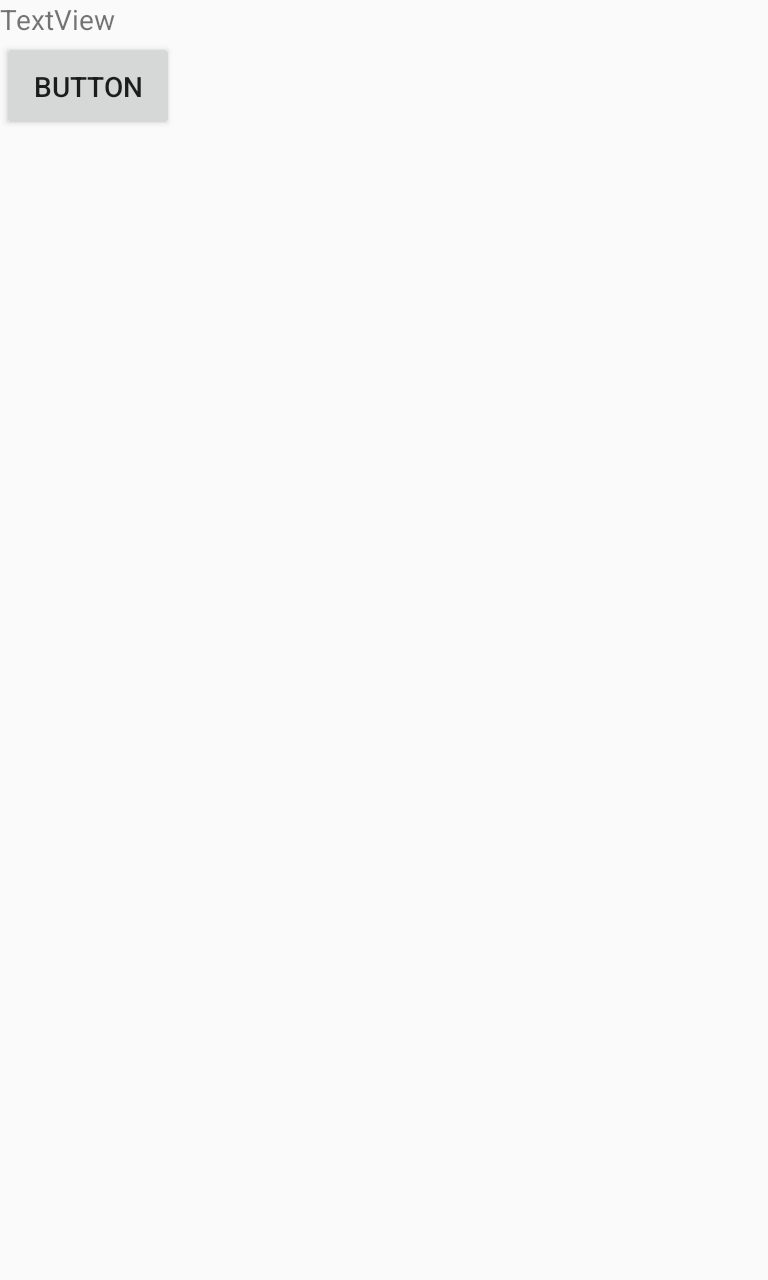
Repository: testGitHubTeam/study_Android
Layout: 64FileSearchByGallery/res/layout/activity_main.xml
These files come from the project's save history. The layout is drawn as it stood at one moment and after the next save; the edit follows.
It is drawn on a 768 x 1280 px phone screen (xhdpi) without system bars, with theme AppTheme; the app's code is not run.

Above is the layout before, as saved 2014-04-28 03:40:23.

After the next save:
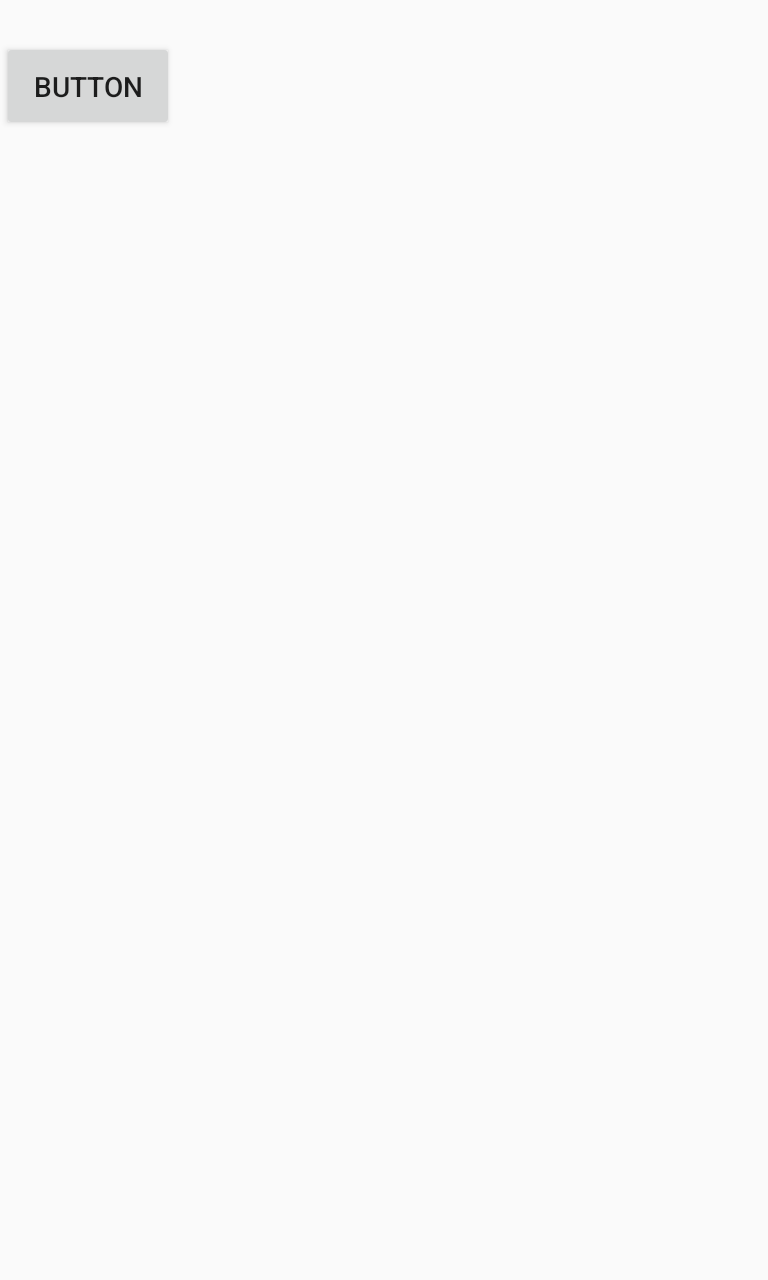
Saved 6 s later.
--- a/64FileSearchByGallery/res/layout/activity_main.xml
+++ b/64FileSearchByGallery/res/layout/activity_main.xml
@@ -25,7 +25,7 @@
             android:id="@+id/tvFileName"
             android:layout_width="match_parent"
             android:layout_height="wrap_content"
-            android:text="TextView" />
+            />
 
         <Button
             android:id="@+id/btn"
